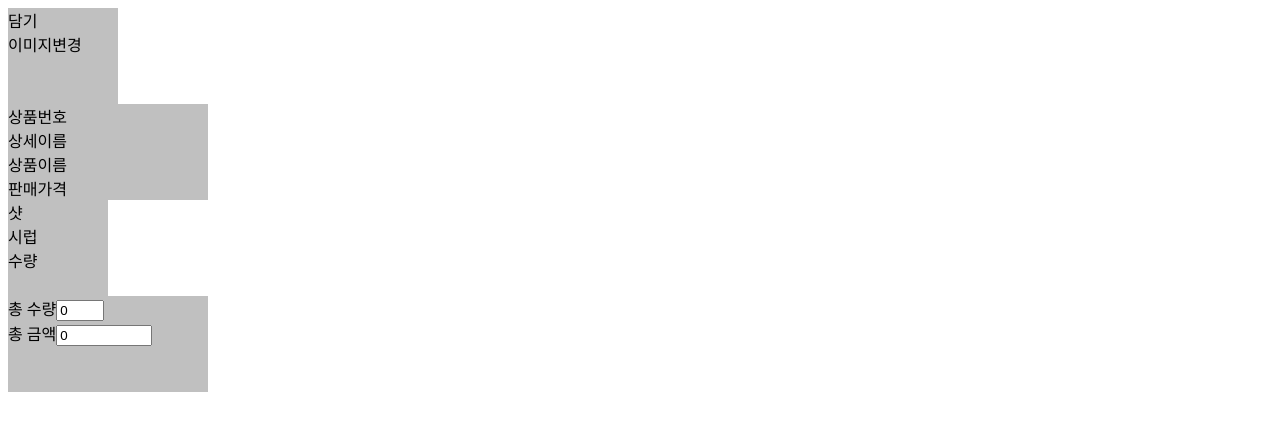
Repository: DevJoeYC/Metabukcs
Page: metabucks/WebContent/PROTO2/product/option.html
An editor plug-in stored every save of this project. The page is shown before and after the next save, followed by the edit.
The browser window is 1280 px wide. The pictures show the whole page.

Above is the page before, as saved 2022-05-26 06:12:34.

After the next save:
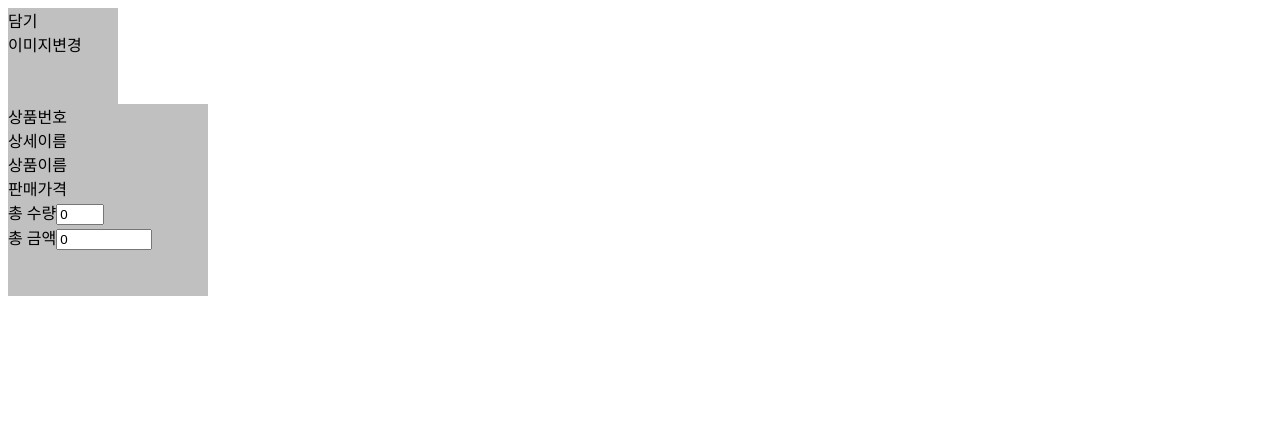
Saved 9 s later.
--- a/metabucks/WebContent/PROTO2/product/option.html
+++ b/metabucks/WebContent/PROTO2/product/option.html
@@ -10,12 +10,6 @@
 판매가격<span id="sel_price"></span><br>
 </div>
 
-<div style="width: 100px; height:6rem; background-color:silver;" class="left">
-샷<span id="sel_opt1"></span><br>
-시럽<span id="sel_opt2"></span><br>
-수량<span id="sel_opt3"></span><br>
-</div>
-
 <div style="width: 200px; height:6rem; background-color:silver;" class="left">
 <div class="cart" id="totalCount">총 수량<input type="number" value="0" id="count" style="width:3rem;" readonly></div>
 <div class="cart" id="totalPrice">총 금액<input type="number" value="0" id="price" style="width:6rem;" readonly></div>
